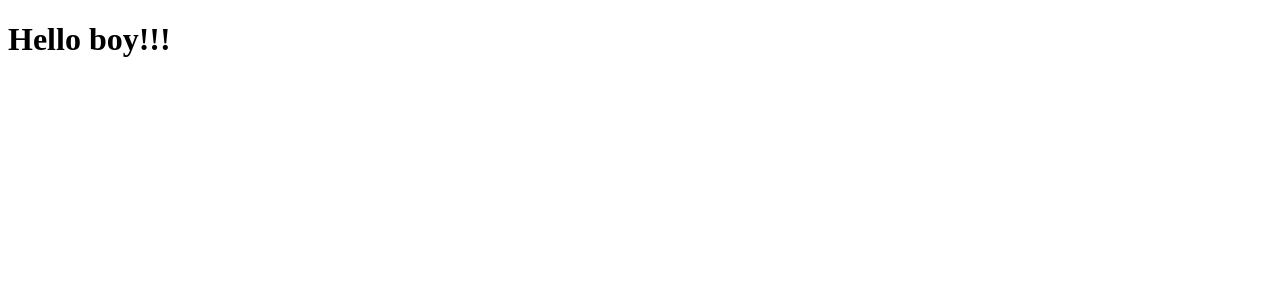
Repository: satishkumarms/WorkSpace
Page: http://localhost/MyWebDemos/FirstServlet.jsp
The author's editor kept a copy of each file at every save. The page is drawn from the files as they stood at one save, then again after the next save.
The browser window is 1280 px wide. The pictures show the whole page.
The page is served by Tomcat 9.

Above is the page before, as saved 2018-07-18 05:15:37.

After the next save:
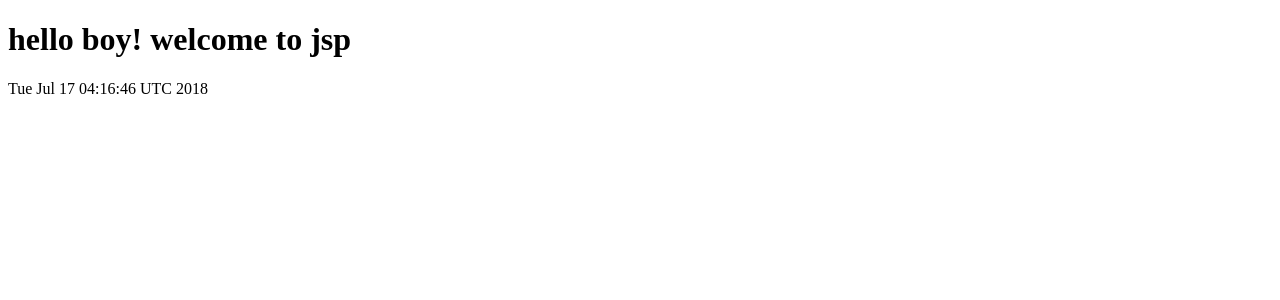
Saved 86 s later.
--- a/MyWebDemos/WebContent/FirstServlet.jsp
+++ b/MyWebDemos/WebContent/FirstServlet.jsp
@@ -8,6 +8,7 @@
 </head>
 <body>
 
-<h1> Hello boy!!!</h1>
+<h1>hello boy! welcome to jsp</h1>
+<%out.print(new java.util.Date()); %>
 </body>
 </html>
